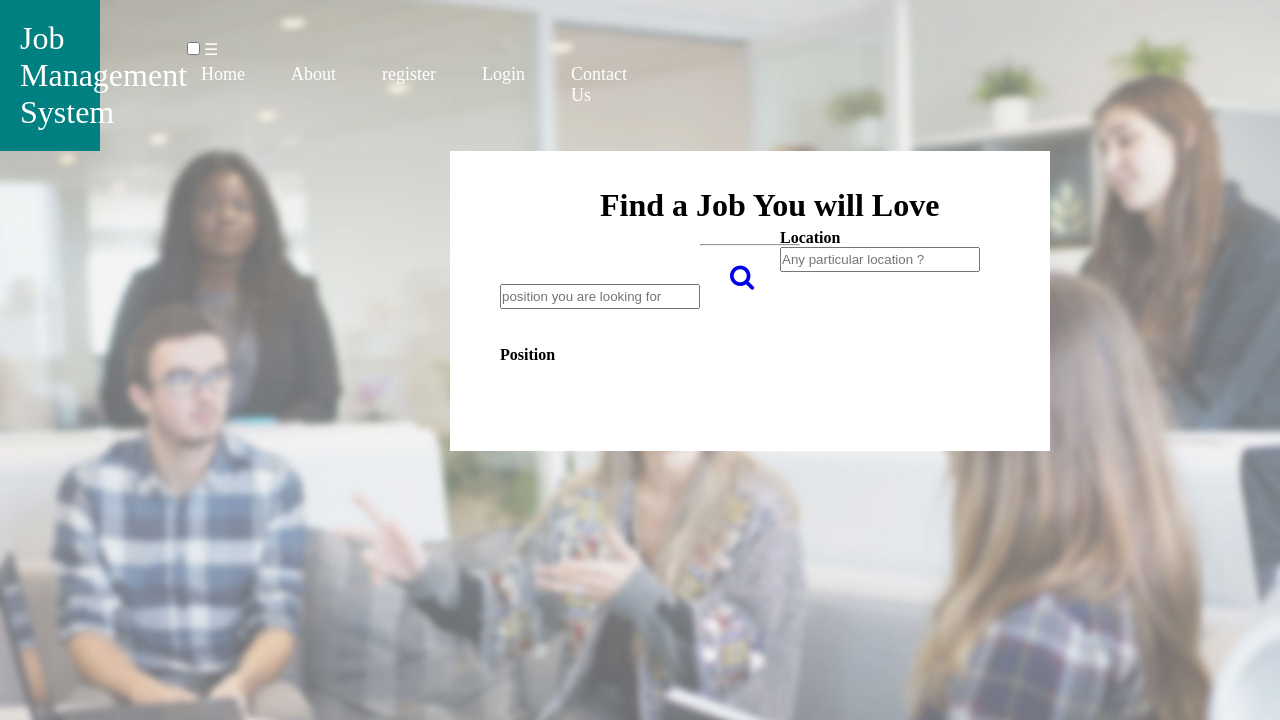
Repository: PrinceKumawat1109/JFSD
Page: http://localhost/Job-management/home.jsp
These files come from the project's save history. The page is drawn as it stood at one moment and after the next save; the edit follows.
The browser window is 1280 px wide. The pictures show the whole page.
The page is served by Tomcat 9. Other server files are loaded and not shown.

Above is the page before, as saved 2022-10-29 18:14:28.

### Job-management/src/main/webapp/home.jsp
<%@ page language="java" contentType="text/html; charset=UTF-8"
    pageEncoding="UTF-8"%>
<!DOCTYPE html>
<html>
<head>
<meta charset="UTF-8">
<link rel="stylesheet" href="https://cdnjs.cloudflare.com/ajax/libs/font-awesome/4.7.0/css/font-awesome.min.css">
<title>Home</title>
	<jsp:include page="navbar.jsp" />
</head>
<style>
body{
    background-image: url('meeting.jpg');
    height: 100px;
    width: 100px;
    background-size: cover;

}
.box{
height: 300px;
width: 600px;
background-color: white;
margin-left: 450px;

}
h4{
margin-left: 50px;
margin-top: 100px;
}
.location h4{
margin-left: 330px;
margin-top: -80px;

}
</style>
<body>

<div class="box">
<br><br>
<h1 style="margin-left: 150px;">Find a Job You will Love</h1>
<hr style="width: 100px; background-color: red; margin-left: 250px; margin-top: 20px;">
<h4>Position</h4>
<div class="kk" style="margin-left: 50px; margin-top: -80px; ">
<input style="height: 25px; width: 200px;"  type="box"  placeholder="position you are looking for">
</div>

<div class="location">
<h4>Location</h4>
<div class="ii">
<input style="height: 25px; width: 200px; margin-left: 330px; "  type="box" placeholder="Any particular location ?">
</div>
</div>
<div class="search">
<a href="facebook.com"><i class="fa fa-search" style="margin-top: -80px; font-size:26px; margin-left: 280px;"></i></a>
</div>
</div>
</body>
</html>

### Job-management/src/main/webapp/navbar.jsp
<!DOCTYPE html>
<html lang="en">
 <head>
   <meta charset="UTF-8" />
   <meta http-equiv="X-UA-Compatible" content="IE=edge" />
   <meta name="viewport" content="width=device-width, initial-scale=1.0" />
   <style>

    /* UTILITIES */
* {
 margin: 0;
 padding: 0;
 box-sizing: border-box;
}
body {
 font-family: cursive;
}
a {
 text-decoration: none;
}
li {
 list-style: none;
}

/* NAVBAR STYLING STARTS */
.navbar {
 display: flex;
 align-items: center;
 justify-content: space-between;
 padding: 20px;
 background-color: teal;
 color: #fff;
}
.nav-links a {
 color: #fff;
}
/* LOGO */
.logo {
 font-size: 32px;
}
/* NAVBAR MENU */
.menu {
 display: flex;
 gap: 1em;
 font-size: 18px;
}
.menu li:hover {
 background-color: #4c9e9e;
 border-radius: 5px;
 transition: 0.3s ease;
}
.menu li {
 padding: 5px 14px;
}
/* DROPDOWN MENU */
.services {
 position: relative;
}
.dropdown {
 background-color: rgb(1, 139, 139);
 padding: 1em 0;
 position: absolute; /*WITH RESPECT TO PARENT*/
 display: none;
 border-radius: 8px;
 top: 35px;
}
.dropdown li + li {
 margin-top: 10px;
}
.dropdown li {
 padding: 0.5em 1em;
 width: 8em;
 text-align: center;
}
.dropdown li:hover {
 background-color: #4c9e9e;
}
.services:hover .dropdown {
 display: block;
}
   </style>
   <title>Document</title>
 </head>
 <body>
   <nav class="navbar">
     <!-- LOGO -->
     <div class="logo">Job Management System</div>
     <!-- NAVIGATION MENU -->
     <ul class="nav-links">
       <!-- USING CHECKBOX HACK -->
       <input type="checkbox" id="checkbox_toggle" />
       <label for="checkbox_toggle" class="hamburger">&#9776;</label>
       <!-- NAVIGATION MENUS -->
       <div class="menu">
         <li><a href="home.jsp">Home</a></li>
         <li><a href="/">About</a></li>
         <li class="services">
           <a href="/">register</a>
           <!-- DROPDOWN MENU -->
           <ul class="dropdown">
             <li><a href="employeeregister.jsp">Employee </a></li>
             <li><a href="employerregister.jsp">Employers</a></li>
           </ul>
         </li>
         <li class="services">
           <a href="/">Login</a>
           <!-- DROPDOWN MENU -->
           <ul class="dropdown">
             <li><a href="employeelogin.jsp">Employee login </a></li>
             <li><a href="employerlogin.jsp">Employers login</a></li>
           </ul>
         </li>
         <li><a href="contact.jsp">Contact Us</a></li>
       </div>
     </ul>
   </nav>
 </body>
</html>

After the next save:
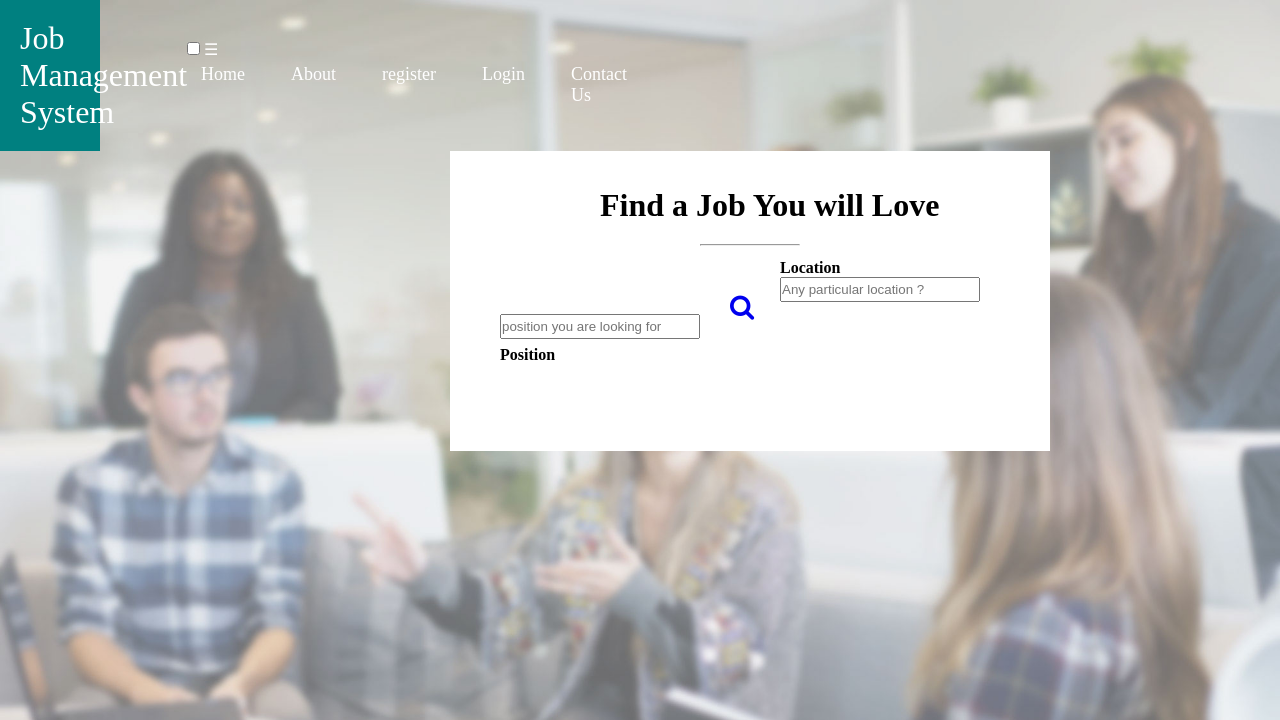
Saved 10 s later.
--- a/Job-management/src/main/webapp/home.jsp
+++ b/Job-management/src/main/webapp/home.jsp
@@ -40,7 +40,7 @@ margin-top: -80px;
 <h1 style="margin-left: 150px;">Find a Job You will Love</h1>
 <hr style="width: 100px; background-color: red; margin-left: 250px; margin-top: 20px;">
 <h4>Position</h4>
-<div class="kk" style="margin-left: 50px; margin-top: -80px; ">
+<div class="kk" style="margin-left: 50px; margin-top: -50px; ">
 <input style="height: 25px; width: 200px;"  type="box"  placeholder="position you are looking for">
 </div>
 
